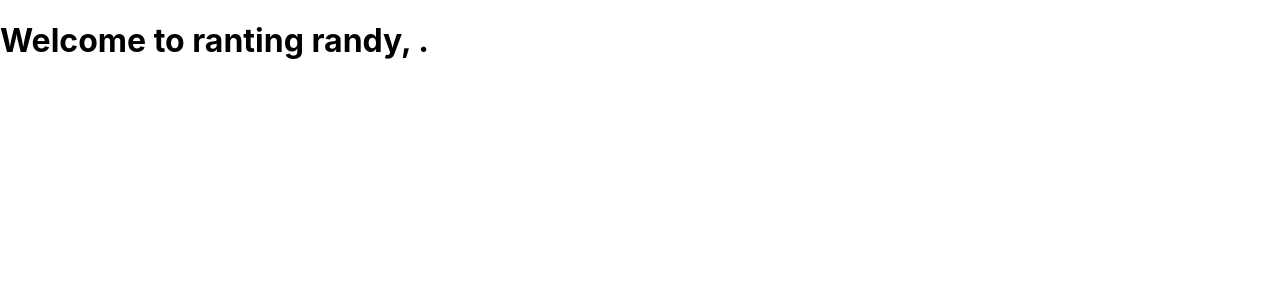
Repository: mergemaven11/Crud_Nextjs
Page: /
These files come from the project's save history. The page is drawn as it stood at one moment and after a run of saves; the edit follows.
The browser window is 1280 px wide. The pictures show the whole page.
The project was rebuilt for these pictures with package versions that can differ from the ones it lists, and the page was loaded fresh each time. The framework's server and built-in components were replaced by stand-ins that run in the browser.

Above is the page before, as saved 2020-10-22 18:47:51.

### pages/index.jsx
// pages/index.jsx
/** @jsx jsx */
import { jsx } from 'theme-ui'
import Link from 'next/link'

export default () => (
  <div sx={{ height: `calc(100vh - 60px)`}}>
    <div sx={{variant: 'containers.page', display: 'flex', alignItems: 'center', height: '100%'}}>
      <h1 sx={{fontSize: 8, my: 0}}>Welcome to ranting randy, .</h1>
    </div>
  </div>
)

Loaded but not shown: pages/_app.jsx (common file); styles/globals.css (common file)

After the next 2 saves:
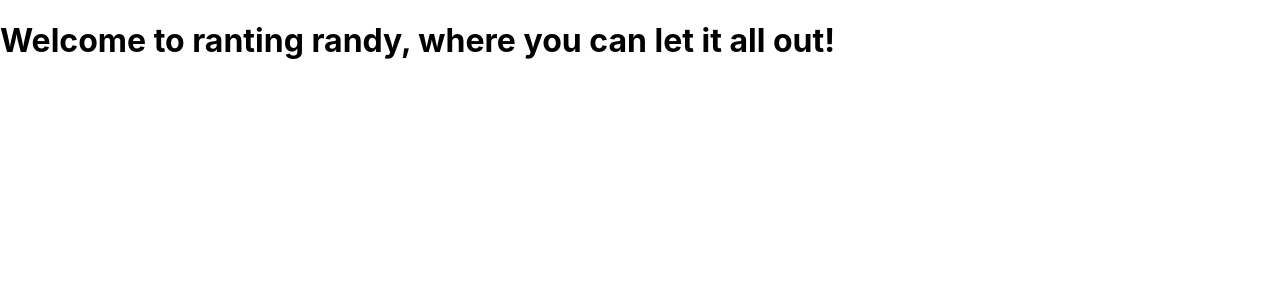
The 2 saves are shown as one change because they came seconds apart.
The last was saved 10 s later.
--- a/pages/index.jsx
+++ b/pages/index.jsx
@@ -6,7 +6,7 @@ import Link from 'next/link'
 export default () => (
   <div sx={{ height: `calc(100vh - 60px)`}}>
     <div sx={{variant: 'containers.page', display: 'flex', alignItems: 'center', height: '100%'}}>
-      <h1 sx={{fontSize: 8, my: 0}}>Welcome to ranting randy, .</h1>
+      <h1 sx={{fontSize: 8, my: 0}}>Welcome to ranting randy, where you can let it all out!</h1>
     </div>
   </div>
 )
